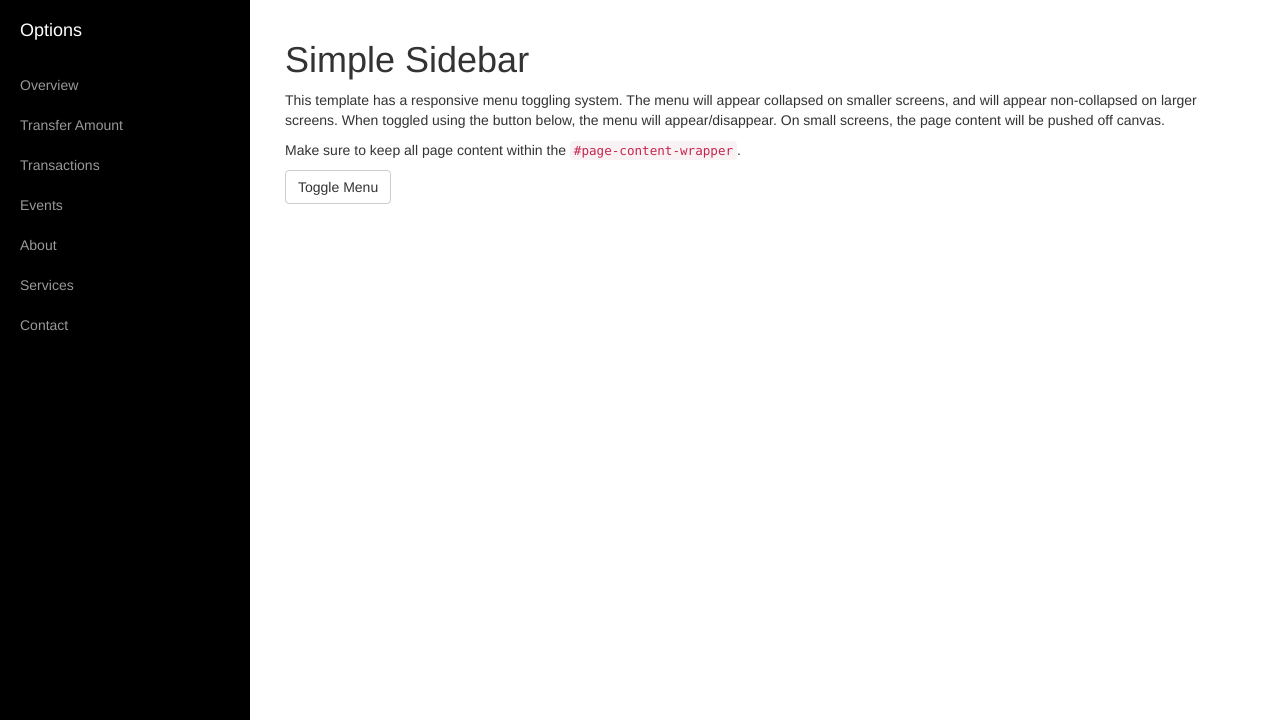
Repository: sijangurung/OFFPad-Projects
Page: Web App Workspace/OffPad WebApp/WebContent/index.html
The author's editor kept a copy of each file at every save. The page is drawn from the files as they stood at one save, then again after the next save.
The browser window is 1280 px wide. The pictures show the whole page.

Above is the page before, as saved 2015-12-29 15:46:40.

After the next save:
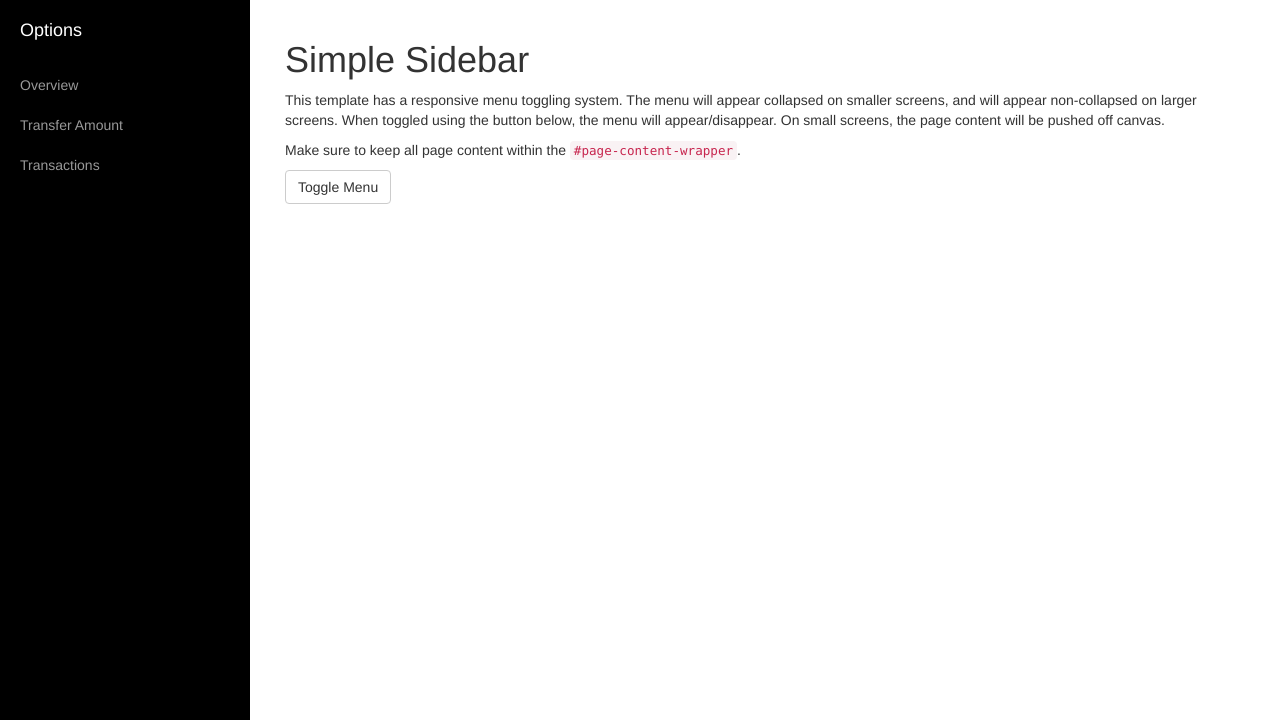
Saved 8 s later.
--- a/Web App Workspace/OffPad WebApp/WebContent/index.html
+++ b/Web App Workspace/OffPad WebApp/WebContent/index.html
@@ -47,18 +47,6 @@
                 <li>
                     <a href="#">Transactions</a>
                 </li>
-                <li>
-                    <a href="#">Events</a>
-                </li>
-                <li>
-                    <a href="#">About</a>
-                </li>
-                <li>
-                    <a href="#">Services</a>
-                </li>
-                <li>
-                    <a href="#">Contact</a>
-                </li>
             </ul>
         </div>
         <!-- /#sidebar-wrapper -->
